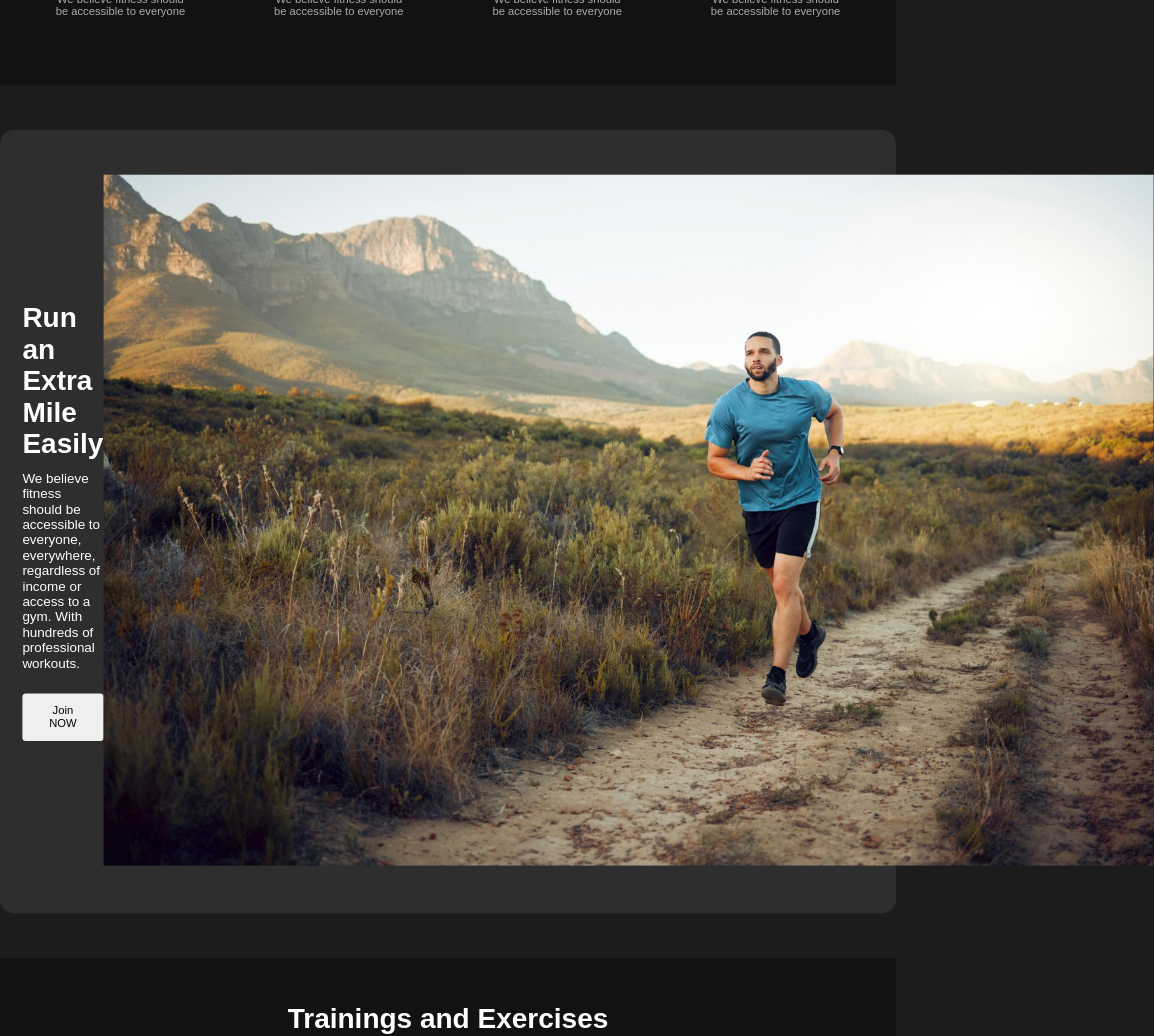
Repository: Aminul-Islam85/Assignment-2
Page: index.html
An editor plug-in stored every save of this project. The page is shown before and after the next save, followed by the edit.
The browser window is 1280 px wide. The page is 1648 px wide, then 1280 px, so the pictures cover 1648 px, including what lies to the right of the window. The pictures show the part of the page from y = 761 to 2241 px (the page is 8856 px tall before and 8303 px after), at 70% of full size.

Above is the page before, as saved 2024-10-23 18:44:12.

### index.html
<!DOCTYPE html>
<html lang="en">
<head>
    <meta charset="UTF-8">
    <meta name="viewport" content="width=device-width, initial-scale=1.0">
    <title>Fitness Website</title>
    <link rel="stylesheet" href="styles.css">
</head>
<body>

    <nav class="navbar">
        <h1 class="heading-text">Fitness</h1>
        <ul class="nav-links">
            <li><a href="#">Home</a></li>
            <li><a href="#">Service</a></li>
            <li><a href="#">Contact</a></li>
            <li><a href="#">About</a></li>
        </ul>
        <div class="hamburger">
            <span></span>
            <span></span>
            <span></span>
        </div>
    </nav>

    <section class="hero">
        <div class="hero-content">
            <h1>Get Body in <span class="highlighted">shape</span> & stay healthy</h1>
            <p>A huge selection of health and fitness content, healthy recipes and transformation stories to help you get fit and stay fit!</p>
            <div class="hero-buttons">
                <button class="cta-btn join-btn"> Join Club Now</button>
                <button class="cta-btn download-btn">Download App</button>
            </div>
        </div>
        <div class="hero-image">
            <img src="images/image 5.png" alt="Trainer">
        </div>

        <div class="info-card workout-card">500+<br>Free Workout Videos</div>
        <div class="info-card tutorial-card">350+<br>Video Tutorials</div>
    </section>

    <section class="habits">
        <h1>Change Your Habits</h1>
        <p>We believe fitness should be accessible to everyone, everywhere, regardless of income or access to a gym.</p>
        <div class="habits-gallery">
            <div class="habit-item">
                <img src="images/image 3.png" alt="Movement">
                <h3>Movement</h3>
                <p>We believe fitness should be accessible to everyone</p>
            </div>
            <div class="habit-item">
                <img src="images/image 2.png" alt="Time">
                <h3>Time</h3>
                <p>We believe fitness should be accessible to everyone</p>
            </div>
            <div class="habit-item">
                <img src="images/image 4.png" alt="Practice">
                <h3>Practices</h3>
                <p>We believe fitness should be accessible to everyone</p>
            </div>
            <div class="habit-item">
                <img src="images/image 5.png" alt="Wait Loss">
                <h3>Weight Loss</h3>
                <p>We believe fitness should be accessible to everyone</p>
            </div>
        </div>

    </section>

    <section class="extra-mile">
        <div class="extra-mile-content">
            <h2>Run an Extra Mile Easily</h2>
            <p>We believe fitness should be accessible to everyone, everywhere, regardless of income or access to a gym. With hundreds of professional workouts.</p>
            <button class="cta-btn extra-mile-btn">Join NOW</button>
        </div>
        <div class="extra-mile-image">
            <img src="images/run.jpg" alt="Run Image">
        </div>
    </section>

    <section class="trainings-exercises">
        <h2>Trainings and Exercises</h2>
        <p>We believe fitness should be accessible to everyone, everywhere, regardless of income or access to a gym.</p>
        <div>
            <div class="exercise-item">
                <img src="images/exercise1.jpg" alt="Exercise-1">
                <div class="exercise-overlay">
                    <p>Lorem Ipsum</p>
                </div>

            </div>
            <div class="exercise-item">
                <img src="images/exercise2.png" alt="Exercise-2">
                <div class="exercise-overlay">
                    <p>Lorem Ipsum</p>
                </div>
            </div>
            <div class="exercise-item">
                <img src="images/exercise3.png" alt="Exercise-3">
                <div class="exercise-overlay">
                    <p>Lorem Ipsum</p>
                </div>
            </div>
            <div class="exercise-item">
                <img src="images/exercise4.png" alt="Exercise-4">
                <div class="exercise-overlay">
                    <p>Lorem Ipsum</p>
                </div>
            </div>
            <div class="exercise-item">
                <img src="images/exercise5.jpg" alt="Exercise-5">
                <div class="exercise-overlay">
                    <p>Lorem Ipsum</p>
                </div>
            </div>
            <div class="exercise-item">
                <img src="images/run.jpg" alt="">
                <div class="exercise-overlay">
                    <p>Lorem Ipsum</p>
                </div>
            </div>
        </div>
    </section>

    <section class="bmi-calculator">
        <div class="bmi-title">
            <h2>BMI Calculator</h2>
            <p>We believe fitness should be accessible to everyone, everywhere, regardless of income or access to a gym.</p>
        </div>
        <div class="bmi-content">
            <div class="bmi-chart">
                <h3>BMI Calculator Chart</h3>
                <table>
                    <thead>
                        <tr>
                            <th>BMI</th>
                            <th>Weight Status</th>
                        </tr>
                    </thead>
                    <tbody>
                        <tr>
                            <td>Below 18.5</td>
                            <td>Underweight</td>
                        </tr>
                        <tr>
                            <td>18.5 - 24.9</td>
                            <td>Healthy</td>
                        </tr>
                        <tr>
                            <td>25.0 - 29.9</td>
                            <td>Overweight</td>
                        </tr>
                        <tr>
                            <td>30.0 - and Above</td>
                            <td>Obese</td>
                        </tr>
                    </tbody>
                </table>
            </div>

            <div>
                <h3>Calculate your BMI</h3>
                <p>We believe fitness should be accessible to everyone, everywhere, regardless of income or access to a gym.</p>
                <form>
                    <input type="text" placeholder="Height/cm">
                    <input type="text" placeholder="Weight/kg">
                    <input type="text" placeholder="Age">
                    <select>
                        <option value="">Sex</option>
                        <option value="">Male</option>
                        <option value="">Female</option>
                    </select>
                    <select>
                        <option value="">Select an activity factor</option>
                        <option value="">Sedentary</option>
                        <option value="">Lightly active</option>
                        <option value="">Moderatly active</option>
                        <option value="">Very active</option>
                    </select>
                </form>
            </div>
        </div>
    </section>

    <section class="team-selection">
        <div class="team-title">
            <h2>Meet Our Team</h2>
            <p>We believe fitness should be accessible to everyone, everywhere, regardless of income or access to a gym.</p>
        </div>
        <div class="team-content">
            <div class="team-member">
                <img src="images/trainer1.png" alt="Jerome Bell">
                <div class="team-overlay">
                    <h3>Jerome Bell</h3>
                    <p>Trainer</p>
                </div>
            </div>
            <div class="team-member">
                <img src="images/trainer2.png" alt="Cameron Williamson">
                <div class="team-overlay">
                    <h3>Cameron Williamson</h3>
                    <p>Trainer</p>
                </div>
            </div>
            <div class="team-member">
                <img src="images/trainer3.png" alt="Darrell Steward">
                <div class="team-overlay">
                    <h3>Darrell Steward</h3>
                    <p>Trainer</p>
                </div>
            </div>
            <div class="team-member">
                <img src="images/trainer4.png" alt="Dianne Russell">
                <div class="team-overlay">
                    <h3>Dianne Russell</h3>
                    <p>Trainer</p>
                </div>
            </div>
            <div class="team-member">
                <img src="images/trainer5.png" alt="Cody Fisher">
                <div class="team-overlay">
                    <h3>Cody Fisher</h3>
                    <p>Trainer</p>
                </div>
            </div>
            <div class="team-member">
                <img src="images/trainer6.png" alt="Theresa Webb">
                <div class="team-overlay">
                    <h3>Theresa Webb</h3>
                    <p>Trainer</p>
                </div>
            </div>
        </div>
    </section>

    <footer class="footer-section">
        <div class="footer-content">
            <div class="footer-brand">
                <h2 class="footer-logo">Fitness</h2>
                <p>We believe fitness should be accessible to everyone, everywhere, regardless of income or access to a gym.</p>
            </div>
            <div class="footer-links">
                <h3>Get Startted</h3>
                <ul>
                    <li><a href="#">Service</a></li>
                    <li><a href="#">Contact Us</a></li>
                    <li><a href="#">Affiliate Program</a></li>
                    <li><a href="#">About Us</a></li>
                </ul>

            </div>
            <div class="footer-links">
                <h3>Get Started</h3>
                <ul>
                    <li><a href="#">Fitness</a></li>
                    <li><a href="#">Platform</a></li>
                    <li><a href="#">Workout Library</a></li>
                    <li><a href="#">App Design</a></li>
                </ul>
            </div>
        </div>
        <div class="footer-bottom">
            <p>All right reserved &copy; Fitness 2024</p>

        </div>
    </footer>
</body>
</html>

### styles.css
/*Global Styles*/
* {
    margin: 0;
    padding: 0;
    box-sizing: border-box;
}

body {
    font-family: 'Arial', sans-serif;
    background-color:#1c1c1c;
    color: #fff;
}

/*Navbar*/
.navbar {
    display: flex;
    justify-content: space-between;
    align-items: center;
    padding: 1rem 2rem;
    background-color: transparent;
}

.heading-text {
    font-size: 1.5rem;
    color: #ff5e00;
}

/*nav-link hidden in moble*/
.nav-links {
    list-style: none;
    display: flex;
    gap: 2rem;
}

.nav-links a {
    color: #fff;
    text-decoration: none;
    font-size: 1rem;
}

/*Hamburger menu hidden in desktop*/
.hamburger {
    display: none;
    flex-direction: column;
    cursor: pointer;
}

.hamburger span {
    width: 25px;
    height: 3px;
    background-color: #fff;
    margin: 4px;
    transition: 0.3s;
}

/*responsiveness*/

@media (max-width: 768px) {
    .nav-links {
        display: none;
    }
    .hamburger {
        display: flex;
    }
    /*hamburger clicked show nav-links*/
    .navbar.active .nav-links {
        display: flex;
        flex-direction: column;
        position: absolute;
        top: 60px;
        right: 0;
        background-color: #121212;
        width: 100%;
        height: auto;
        text-align: center;
        padding: 1rem 0;
    }
    .nav-links li {
        margin: 1rem 0;
    }
}

/* Hero section*/
.hero {
    display: flex;
    justify-content: space-between;
    align-items: center;
    padding: 4rem 2rem;
    background-color: #121212;
    position: relative;
}
.hero-content {
    max-width: 50%;
}

.hero h1 {
    font-size: 3rem;
    line-height: 1.2;
    margin-bottom: 1rem;
}

.hero .highlighted {
    font-style: italic;
    font-weight: 700;
    color: #ff5e00;
}

.hero p {
    font-size: 1.2rem;
    margin-bottom: 2rem;
}

.hero-buttons {
    display: flex;
    gap: 1rem;
}

.cta-btn {
    padding: 1rem 2rem;
    font-size: 1rem;
    border: none;
    border-radius: 5px;
    cursor: pointer;
}

.join-btn {
    background-color: #ff5e00;
    color: #fff;
}

.download-btn {
    background-color: transparent;
    border: 2px solid #fff;
    color: #fff;

}

.hero-image img {
    max-width: 100%;
    height: auto;
}

/*Info Cards*/
.info-card {
    position: absolute;
    background-color: #2e2e2e;
    color: white;
    border-radius: 8px;
    padding: 1re 1.5rem;
    font-size: 1.2rem;
    font-weight: bold;
    text-align: center;
}

.workout-card {
    top: 30%;
    right: 10%;
}

.tutorial-card {
    top: 60%;
    left: 55%;
}

/*Hero reponsive for mobile*/
@media (max-width: 768px) {
.hero {
    flex-direction: column;
    text-align: center;
}
.hero-content {
    max-width: 100%;
    margin-bottom: 2rem;
}
.hero-image img {
    max-width: 100%;
    height: auto;
}
.info-card {
    font-size: 1rem;
    padding: 0.75rem 1 rem;
    position: relative;
    margin: 1rem auto;
    width: auto;
}
.workout-card, .tutorial-card {
    top: auto;
    left: auto;
    right: auto;
    transform: none;
    margin-bottom: 1rem;
 }
}

/*Hero Buttons on mobile*/
@media (max-width:480px) {
    .hero-buttons {
        flex-direction: column;
        gap: 1rem;
    }
    .cta-btn {
        width: 100%;
    }
}

/*Change habit section*/
.habits {
    padding: 4rem 2rem;
    text-align: center;
    background-color: #121212;
}

.habits h2 {
    font-size: 2.5rem;
    margin-bottom: 1rem;
}

.habits p {
    font-size: 1.2rem;
    margin-bottom: 2rem;
}

.habits-gallery {
    display: flex;
    justify-content: space-around;
    align-items: center;
    flex-wrap: wrap;
    gap: 2rem;
}

.habit-item {
    text-align: center;
    max-width: 200px;
}

.habit-item img {
    width: 100px;
    height: 100px;
    border-radius: 50%;
    margin-bottom: 1rem;
}

.habit-item h3 {
    font-size: 1.5rem;
    margin-bottom: 0.5rem;
}
.habit-item p {
    font-size: 1rem;
    color: #aaa;
}

/*Extra mile section*/
.extra-mile {
    display: flex;
    justify-content: space-between;
    align-items: center;
    background-color: #2e2e2e;
    padding: 4rem 2rem;
    border-radius: 20px;
    margin: 4rem 0;
}

.extra-mile-content {
    max-width: 50%;
}
.extra-mile h2 {
    font-size: 2.5rem;
    margin-bottom: 1rem;
}
.extra-mile p {
    font-size: 1.2rem;
    margin-bottom: 2rem;
}
.extra-mile btn {
    background-color: #ff5e00;
    color: white;
    border: none;
    padding: 1rem 2rem;
    border-radius: 5px;
    cursor: pointer;
}
.extra-mile image img {
    border-radius: 10px;
    max-width: 100%;
}
/*Footer*/
footer {
    text-align: center;
    padding: 1rem;
    background-color: #333;
    color: #fff;
    margin-top: 2rem;
}
/*responsive design*/
@media (max-width: 768px) {
    .hero h1 {
        font-size: 2rem;
    }
    .hero p {
        font-size: 1rem;
    }
    .extra-mile {
        flex-direction: column;
        text-align: center;
    }
    .extra-mile-content, .extra-mile-image {
        max-width: 100%;
    }
}

@media (max-width: 480px) {
    hero h1 {
        font-size: 1.5rem;
    }
    .hero p {
        font-size: 0.9rem;
    }
}

/* Trainings and Exercise*/
.trainings-exercises {
    padding: 4rem 2rem;
    text-align: center;
    background-color: #121212;
}

.trainings-exercises h2 {
    font-size: 2.5rem;
    margin-bottom: 1rem;
}
.trainings-exercises p {
    font-size: 1.2rem;
    margin-bottom: 2rem;
    color: #aaa;
}
.exercise-gallery {
    display: grid;
    grid-template-columns: repeat(3, 1fr);
    gap: 1rem;
}
.exercise-item {
    position: relative;
}
.exercise-item img {
    width: 100%;
    height: auto;
    border-radius: 10px;
}
.exercise-overlay {
    position: absolute;
    top: 0;
    left: 0;
    width: 100%;
    height: 100%;
    background-color: rgba(0, 0, 0, 0.5);
    color: white;
    display: flex;
    justify-content: center;
    align-items: center;
    opacity: 0;
    transition: opacity 0.3s ease;
    border-radius: 10px;
}
.exercise-item:hover .exercise-overlay {
    opacity: 1;
}
.exercise-overlay p {
    font-size: 1.2rem;
    text-align: center;
}

/*BMI*/
.bmi-calculator {
    background-color: #121212;
    padding: 4rem 2rem;
}
.bmi-title {
    text-align: center;
    margin-bottom: 2rem;
}
.bmi-title h2 {
    font-size: 2.5rem;
    margin-bottom: 1rem;
    color: #fff;
}
.bmi-title p {
    font-size: 1.2rem;
    color: #aaa;
}

/*calculator*/
.bmi-content {
    display: flex;
    justify-content: space-between;
    align-items: flex-start;
    background-color: #2e2e2e;
    padding: 2rem;
    border-radius: 20px;
}
.bmi-chart {
    flex: 1;
    margin-right: 2rem;
}
.bmi-chart h3 {
    color:#fff;
    margin-bottom: 1rem;
}
.bmi-chart table {
    width: 100%;
    border-collapse: collapse;
}
.bmi-chart table th, .bmi-chart table td {
    padding: 1rem;
    text-align: left;
    border: 1px solid #fff;
    color: #fff;
}
.bmi-form {
    flex: 1;
}
.bmi-form h3 {
    color: #fff;
    margin-bottom: 1rem;
}
.bmi-form p {
    margin-bottom: 2rem;
    color: #aaa;
}
.bmi-form input, .bmi-form select {
    width: 100%;
    padding: 1rem;
    margin-bottom: 1rem;
    border-radius: 5px;
    border: none;
    background-color: #333;
    color: #fff;
}
.bmi-form select {
    cursor: pointer;
}
.bmi-form .calculate-btn {
    background-color: #ff5e00;
    color: white;
    border: none;
    padding: 1rem 2rem;
    border-radius: 5px;
    cursor: pointer;
    width: 100%;
    text-align: center;
}

/*responsiveness*/
@media (max-width: 768px) {
    .bmi-content {
        flex-direction: column;
    }
    .bmi-chart {
        margin-right: 0;
        margin-bottom: 2rem;
    }
}

/*Meet our team*/
.team-selection {
    background-color: #121212;
    padding: 4rem 2rem;
}
.team-title {
    text-align: center;
    margin-bottom: 2rem;
}
.team-title h2 {
    font-size: 2.5rem;
    margin-bottom: 1rem;
    color: #fff;
}
.team-title p {
    font-size: 1.2rem;
    color: #aaa;
}

/*Team-content*/
.team-content {
    display: grid;
    grid-template-columns: repeat(3,1fr);
    gap: 1.5rem;
    background-color: #2e2e2e;
    padding: 2rem;
    border-radius: 20px;
}
.team-member {
    position: relative;
    border-radius: 10px;
    overflow: hidden;
}
.team-member img {
    width: 100%;
    height: auto;
    border-radius: 10px;
}
.team-overlay {
    position: absolute;
    bottom: 0;
    left: 0;
    width: 100%;
    background-color: rgba(0, 0, 0, 0.5);
    color: white;
    padding: 1rem;
    text-align: center;
    transition: background-color 0.3s ease;
}
.team-member:hover .team-overlay {
    background-color: rgba(0, 0, 0, 0.7);
}
.team-overlay h3 {
    margin: 0;
    font-size: 1.2rem;
}
.team-overlay p {
    margin: 0.5rem 0 0;
    font-size: 0.9rem;
}

/*responsive design*/
@media (max-width: 768px) {
    .team.content {
        grid-template-columns: repeat(2, 1fr);
    }
}

@media (max-width: 480px) {
    .team.content {
        grid-template-columns: 1fr;
    }
}

/*footer section*/
.footer-section {
    background-color: #2e2e2e;
    padding: 4rem 2rem;
    color: #fff;
}
.footer-content {
    display: flex;
    justify-content: space-between;
    align-items: flex-start;
    margin-bottom: 2rem;
}
.footer-logo {
    font-size: 2.5rem;
    color: #ff5e00;
}
.footer-content p {
    max-width: 300px;
    color: #aaa;
}
.footer-links {
    display: flex;
    flex-direction: column;
}
.footer-links h3 {
    margin-bottom: 1rem;
}
.footer-links ul {
    list-style: none;
    padding: 0;
}
.footer-links li {
    margin-bottom: 0.5rem;
}
.footer-links a {
    color: #fff;
    text-decoration: none;
    transition: 0.3s ease;
}
.footer-links a:hover {
    color: #ff5e00;
}
.footer-bottom {
    text-align: center;
    padding-top: 1rem;
    border-top: 1px solid #444;
    color: #aaa;
}

/*rensiveness*/
@media (max-width: 768px) {
    .footer-content {
        flex-direction: column;
        text-align: center;
    }
    .footer-links {
        margin-top: 2rem;
    }
}

After the next save:
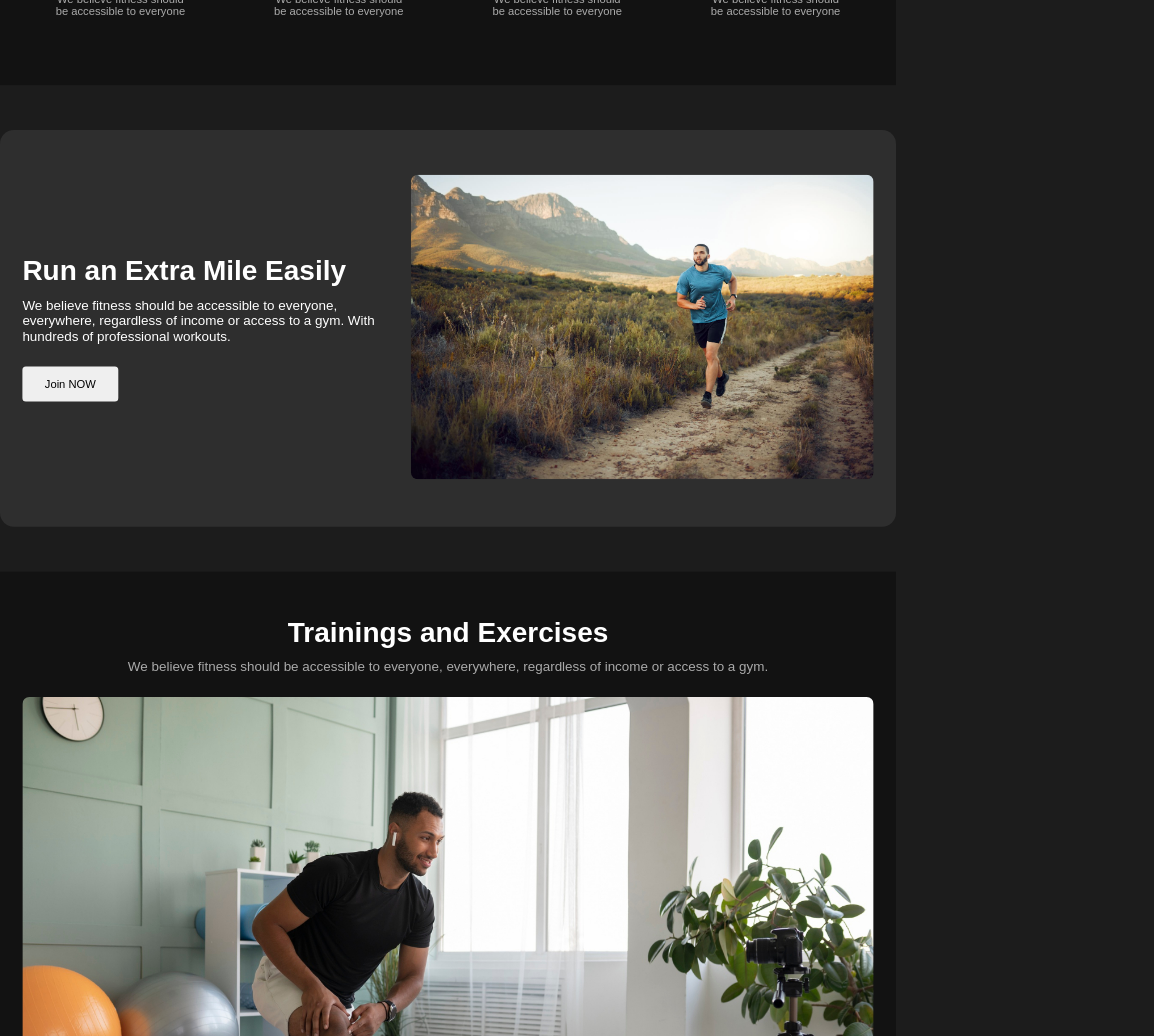
Saved 8 min 46 s later.
--- a/styles.css
+++ b/styles.css
@@ -279,7 +279,7 @@ body {
     border-radius: 5px;
     cursor: pointer;
 }
-.extra-mile image img {
+.extra-mile-image img {
     border-radius: 10px;
     max-width: 100%;
 }
